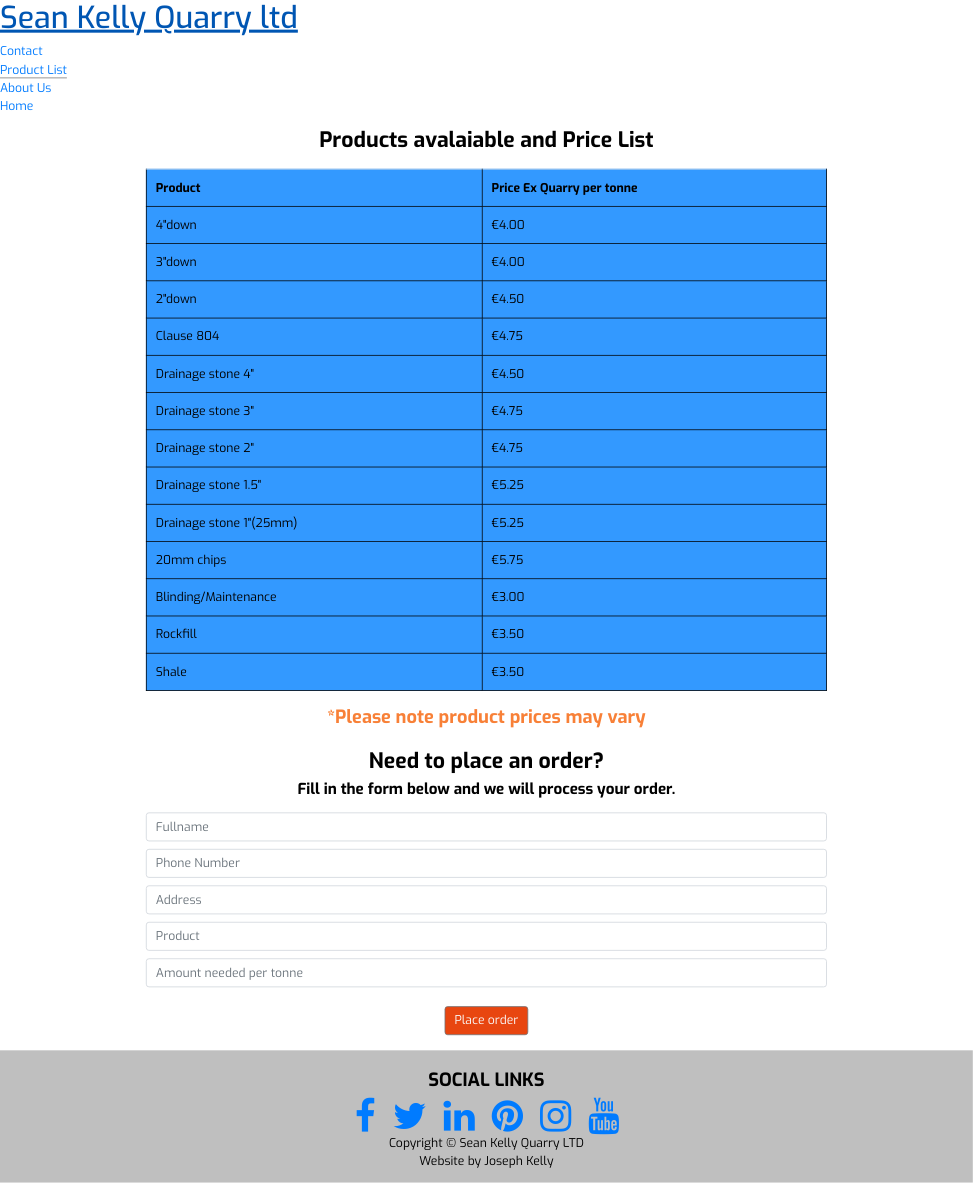
Repository: Code-Institute-Submissions/Sean-Kelly-Quarry
Page: product-list.html
The author's editor kept a record of every edit. The page is drawn from the files as they stood at one moment, then again after the next edit.
The browser window is 1280 px wide. The pictures show the whole page, at 76% of full size.

Above is the page before.

After the next edit:
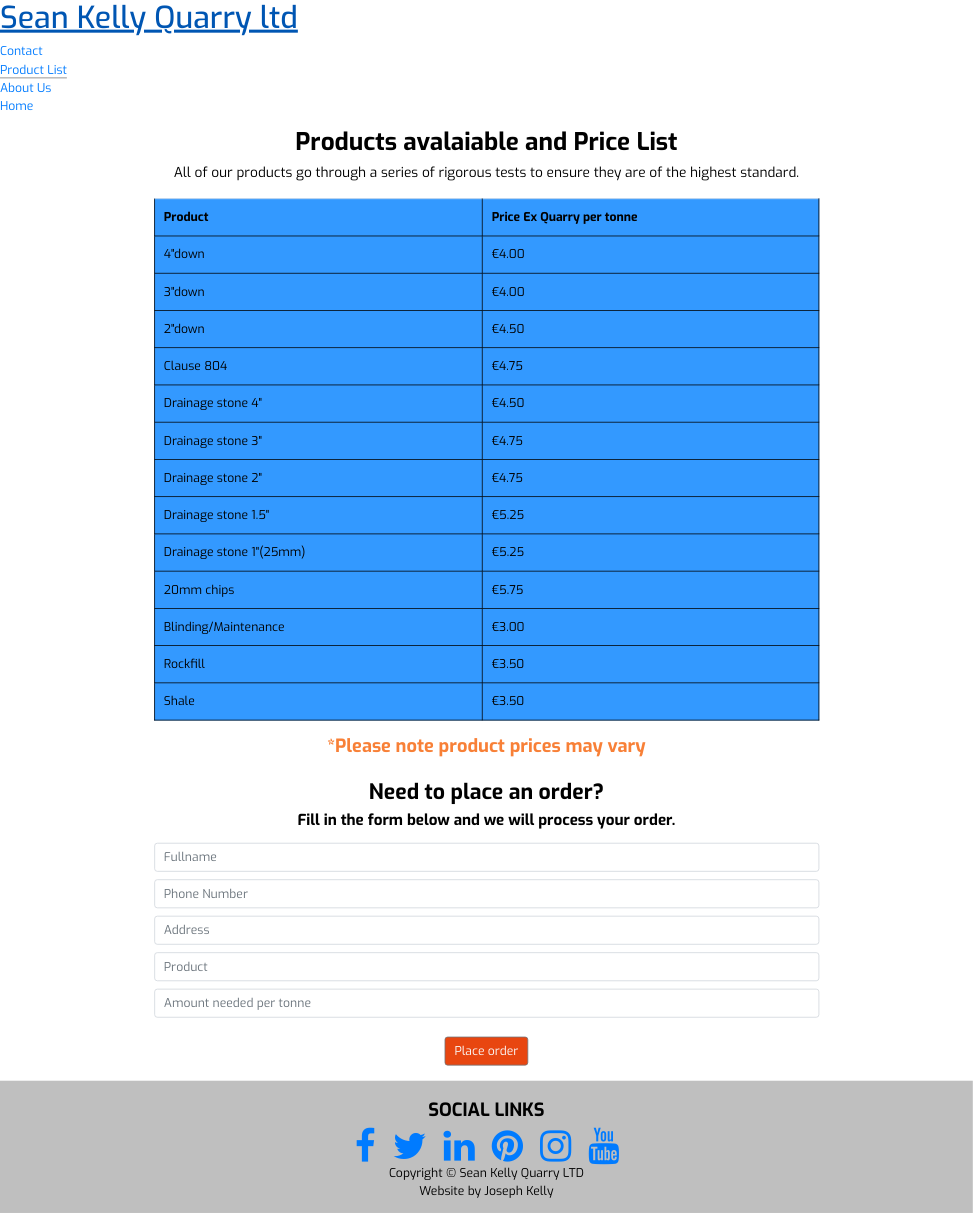
The edit:
--- a/product-list.html
+++ b/product-list.html
@@ -31,8 +31,9 @@
             </ul>
         </nav>
     </header>
-    <section>
-        <h3 class="product-heading">Products avalaiable and Price List</h3>
+    <section class="container-fluid">
+        <h2 class="product-heading">Products avalaiable and Price List</h2>
+        <p class="product-note">All of our products go through a series of rigorous tests to ensure they are of the highest standard.</p>
         <table class="table" align="center">
            <tr>
                <th>
